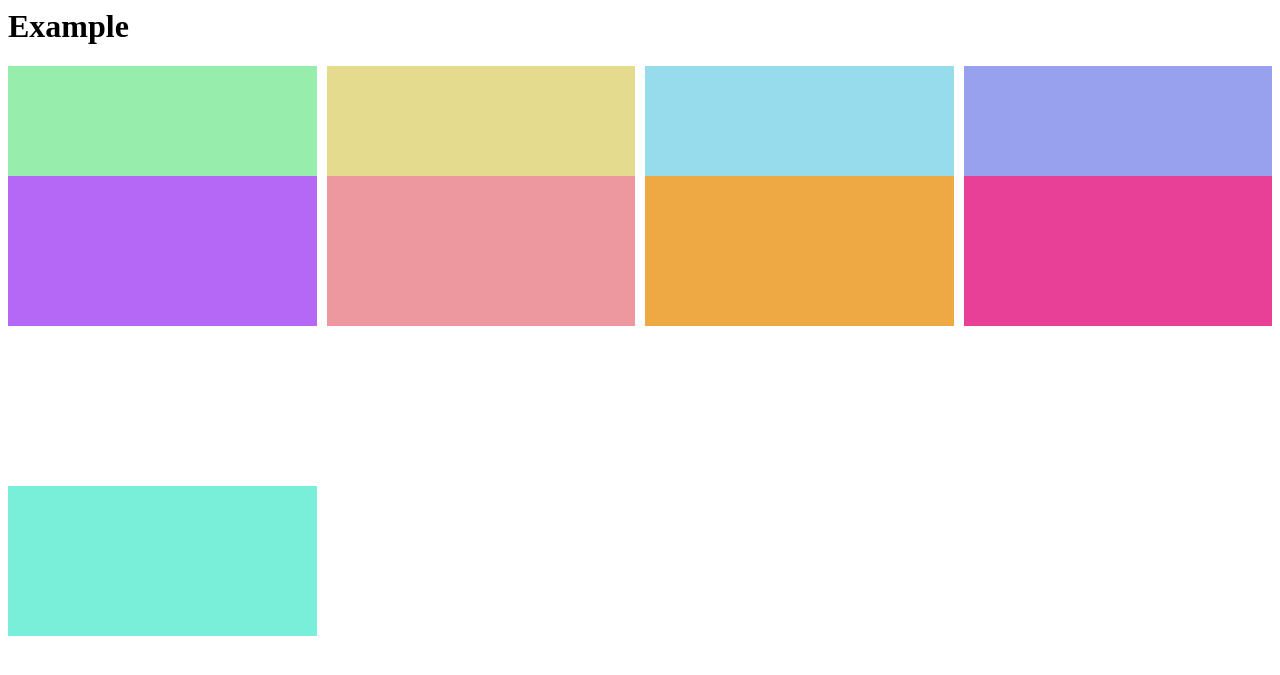
Repository: SamirIngley/html-semantic
Page: templates/challenge-01.html
The author's editor kept a copy of each file at every save. The page is drawn from the files as they stood at one save, then again after the next save.
The browser window is 1280 px wide. The pictures show the whole page.

Above is the page before, as saved 2020-02-04 16:56:37.

After the next save:
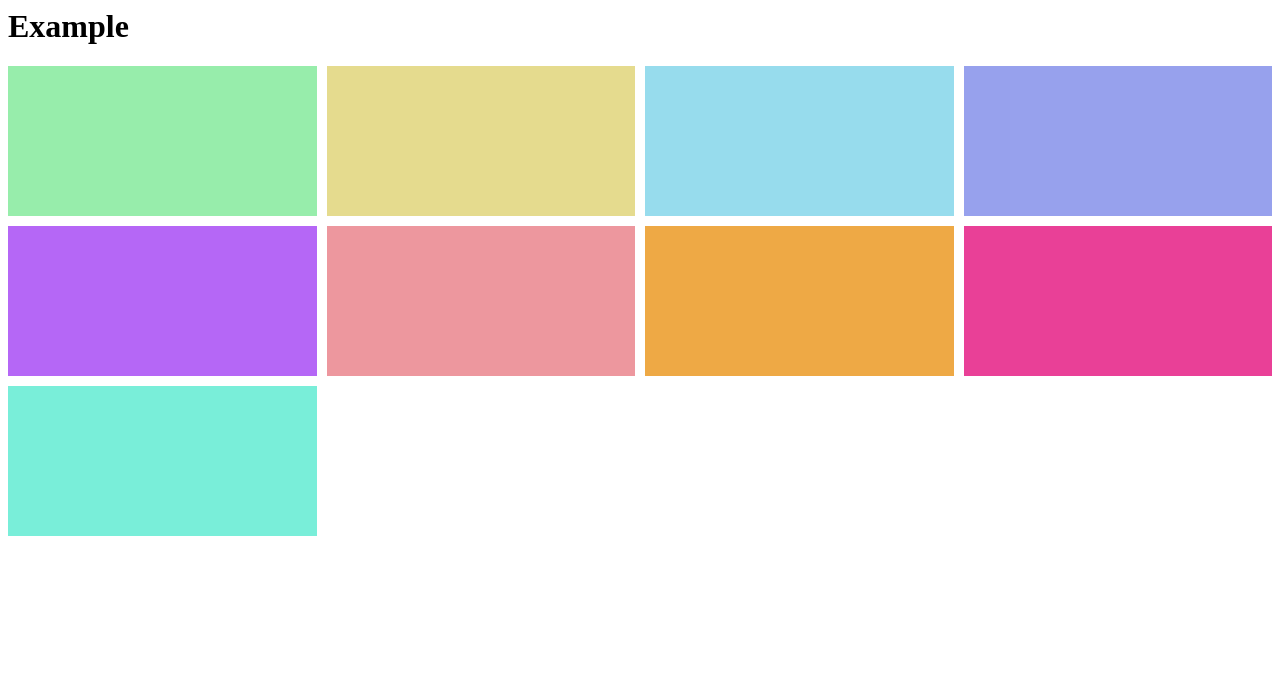
Saved 10 s later.
--- a/templates/challenge-01.html
+++ b/templates/challenge-01.html
@@ -29,7 +29,7 @@
     display: grid;
     grid-gap: 10px;
     grid-template-columns: repeat(4, 1fr);
-    grid-template-rows: 100px 300px;
+    /* grid-template-rows: 100px 300px; */
   }
 
 
